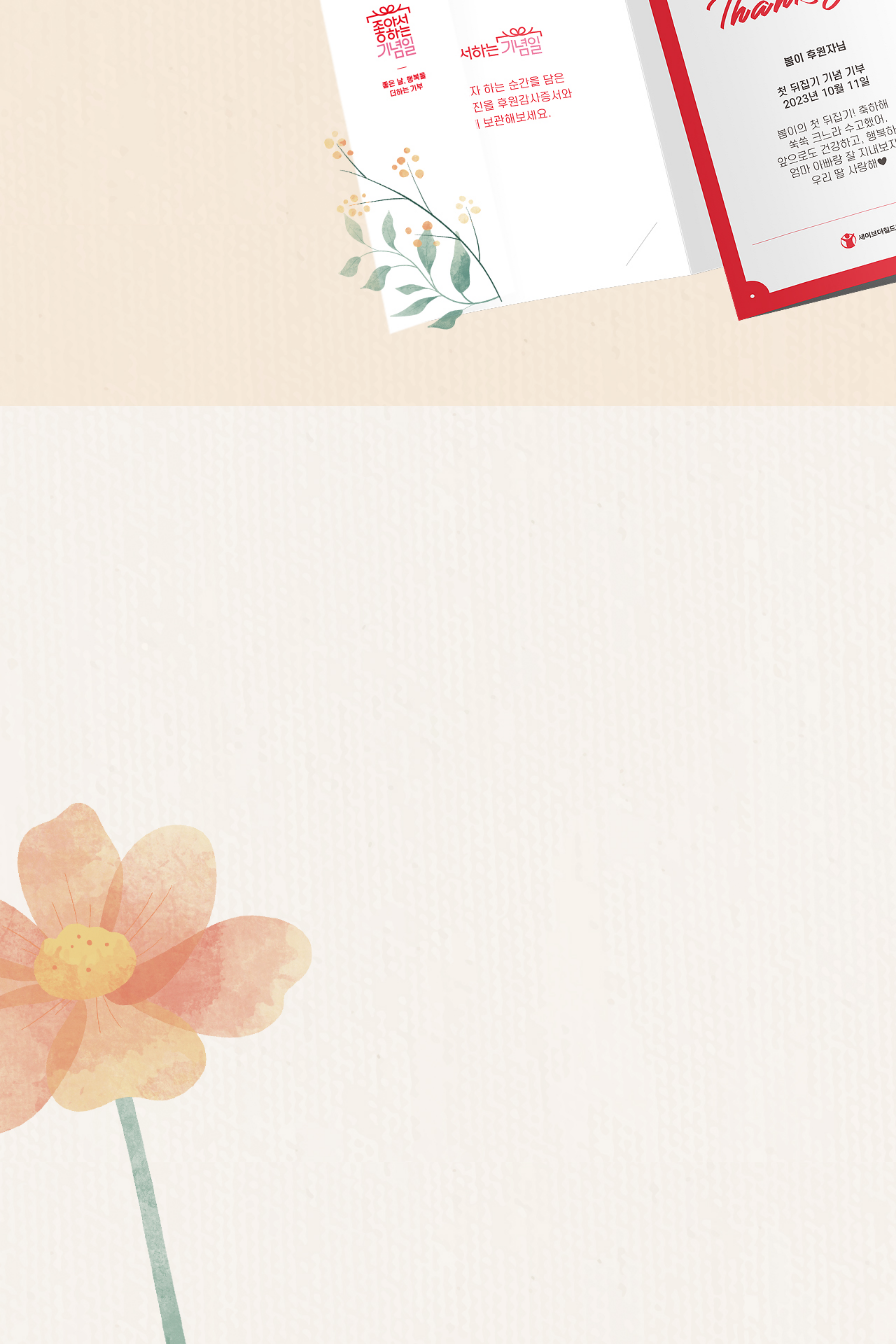
Repository: dlgywls1130/save_the_children
Page: index.html
An editor plug-in stored every save of this project. The page is shown before and after the next save, followed by the edit.
The browser window is 1280 px wide. The pictures show the part of the page from y = 3180 to 5100 px (the page is 5100 px tall before and 4840 px after), at 70% of full size.

Above is the page before, as saved 2023-12-12 19:07:39.

After the next save:
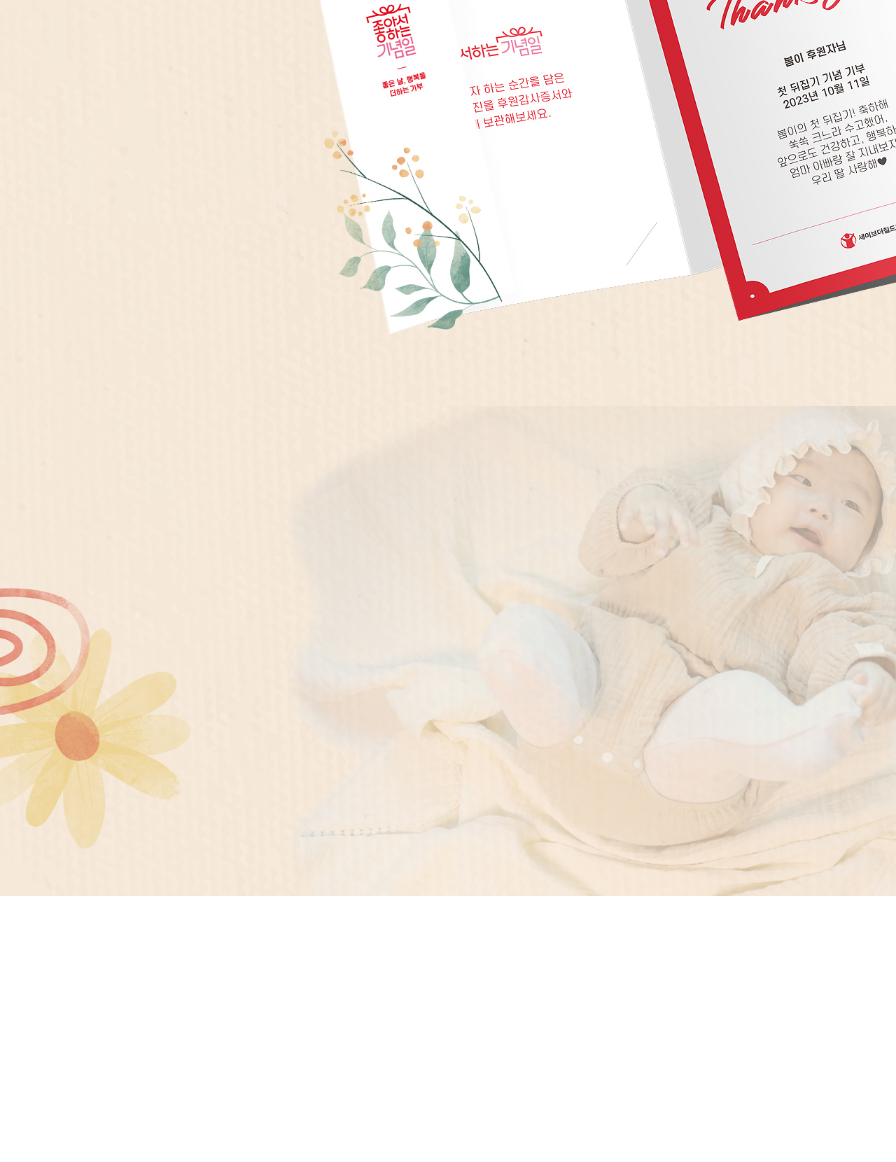
Saved 3 min 51 s later.
--- a/css/style.css
+++ b/css/style.css
@@ -32,8 +32,8 @@
 /* section04 */
 
 .section04{
-    height: 1340px;
-    background: url('../img/back05.jpg') no-repeat;
+    height: 1080px;
+    background: url('../img/back06.jpg') no-repeat;
 }
 
 /* section05 */
